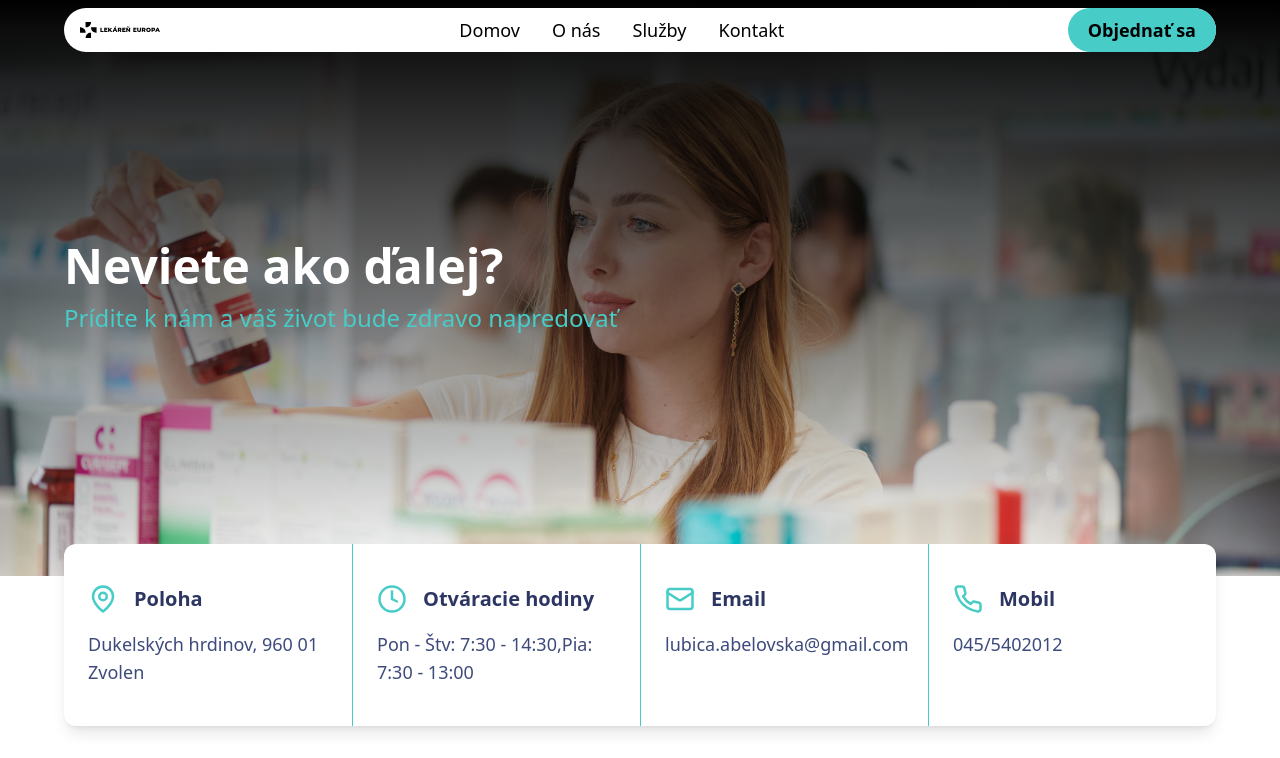
Repository: SimonSkoda13/Lekaren
Page: /
The author's editor kept a copy of each file at every save. The page is drawn from the files as they stood at one save, then again after the next save.
The browser window is 1280 px wide. The pictures show the whole page.
The project was rebuilt for these pictures with package versions that can differ from the ones it lists, and the page was loaded fresh each time. The framework's server and built-in components were replaced by stand-ins that run in the browser. Also part of the build but not shown: next.config.js.

Above is the page before, as saved 2023-04-22 19:47:40.

After the next save:
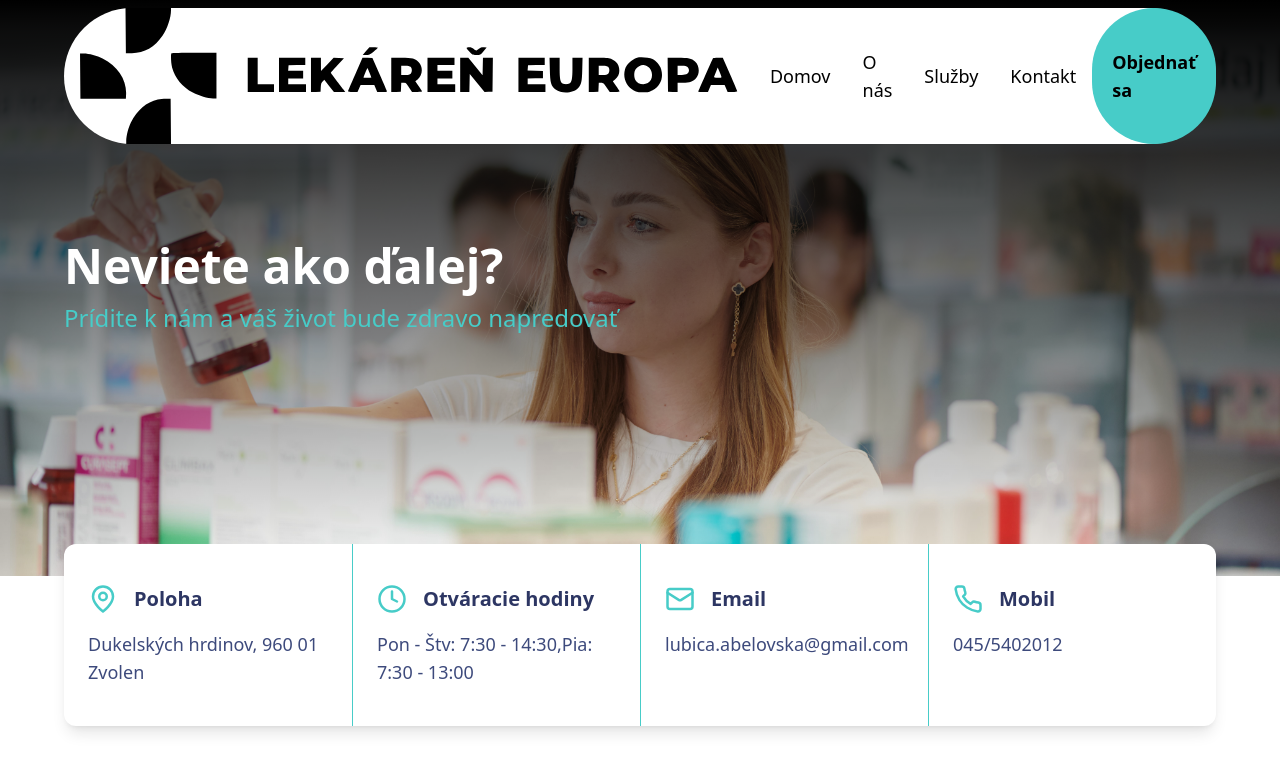
Saved 44 s later.
--- a/src/app/components/Header/Header.tsx
+++ b/src/app/components/Header/Header.tsx
@@ -10,7 +10,7 @@
       <div className="flex bg-white rounded-full ">
         {/* logo */}
         <div className="flex justify-center items-center px-4">
-          <img src="/logoHeader.svg" alt="logo" className="w-20 h-17" />
+          <img src="/logoHeader.svg" alt="logo" />
         </div>
         {/* nav */}
         <div className="py-2 px-4 flex gap-8 items-center mx-auto text-lg font-medium">

After the save that followed:
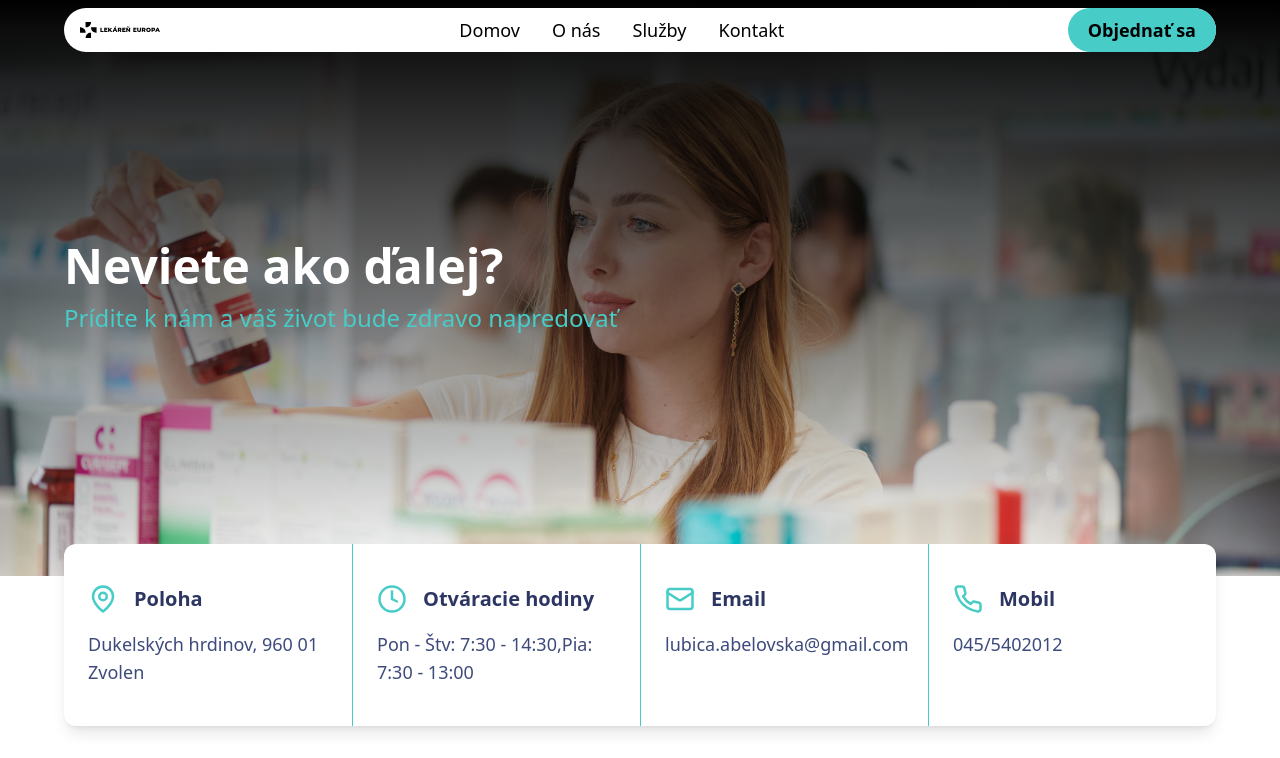
Saved 10 s later.
--- a/src/app/components/Header/Header.tsx
+++ b/src/app/components/Header/Header.tsx
@@ -10,7 +10,7 @@
       <div className="flex bg-white rounded-full ">
         {/* logo */}
         <div className="flex justify-center items-center px-4">
-          <img src="/logoHeader.svg" alt="logo" />
+          <img src="/logoHeader.svg" alt="logo" className="w-20 h-17" />
         </div>
         {/* nav */}
         <div className="py-2 px-4 flex gap-8 items-center mx-auto text-lg font-medium">
